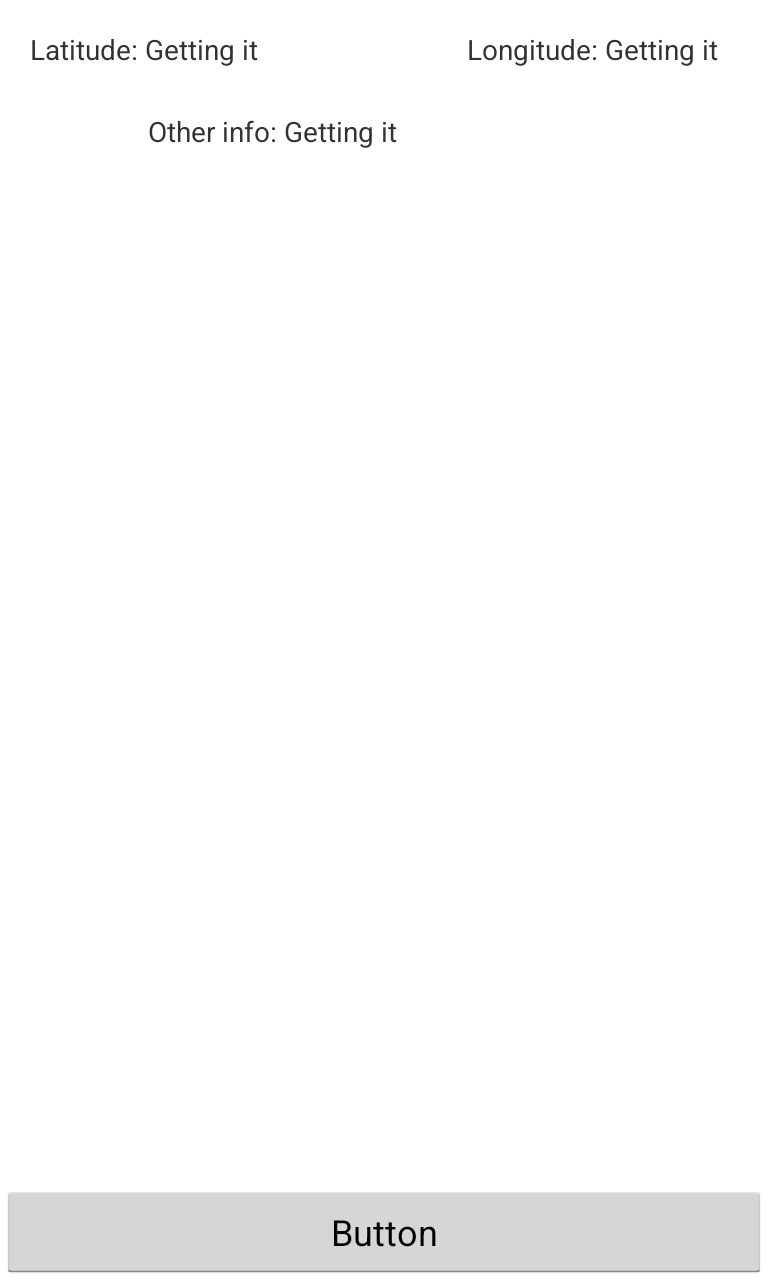
Repository: isitso/android_class
Layout: LocationGooglePlay/res/layout/main.xml
The author's editor kept a copy of each file at every save. The layout is drawn from the files as they stood at one save, then again after the next save.
It is drawn on a 768 x 1280 px phone screen (xhdpi) without system bars, with theme AppTheme; the app's code is not run.

Above is the layout before, as saved 2014-04-28 01:45:04.

### LocationGooglePlay/res/layout/main.xml
<?xml version="1.0" encoding="utf-8"?>
<RelativeLayout xmlns:android="http://schemas.android.com/apk/res/android"
    android:layout_width="match_parent"
    android:layout_height="match_parent"
    android:orientation="vertical" >

    <Button
        android:id="@+id/refresh"
        android:layout_width="match_parent"
        android:layout_height="wrap_content"
        android:layout_alignParentBottom="true"
        android:layout_alignParentLeft="true"
        android:text="Button" />

    <TextView
        android:id="@+id/info"
        android:layout_width="wrap_content"
        android:layout_height="wrap_content"
        android:layout_alignParentLeft="true"
        android:layout_below="@+id/latitudeView"
        android:layout_marginLeft="74dp"
        android:layout_marginTop="22dp"
        android:text="Other info: Getting it" />

    <TextView
        android:id="@+id/longitudeView"
        android:layout_width="wrap_content"
        android:layout_height="wrap_content"
        android:layout_above="@+id/info"
        android:layout_alignParentRight="true"
        android:layout_marginRight="25dp"
        android:text="Longitude: Getting it" />

    <TextView
        android:id="@+id/latitudeView"
        android:layout_width="wrap_content"
        android:layout_height="wrap_content"
        android:layout_alignParentLeft="true"
        android:layout_alignParentTop="true"
        android:layout_marginLeft="15dp"
        android:layout_marginTop="15dp"
        android:text="Latitude: Getting it" />

</RelativeLayout>

Loaded but not shown: LocationGooglePlay/res/values/styles.xml (common file); LocationGooglePlay/res/values-v11/styles.xml (common file); LocationGooglePlay/res/values-v14/styles.xml (common file)

After the next save:
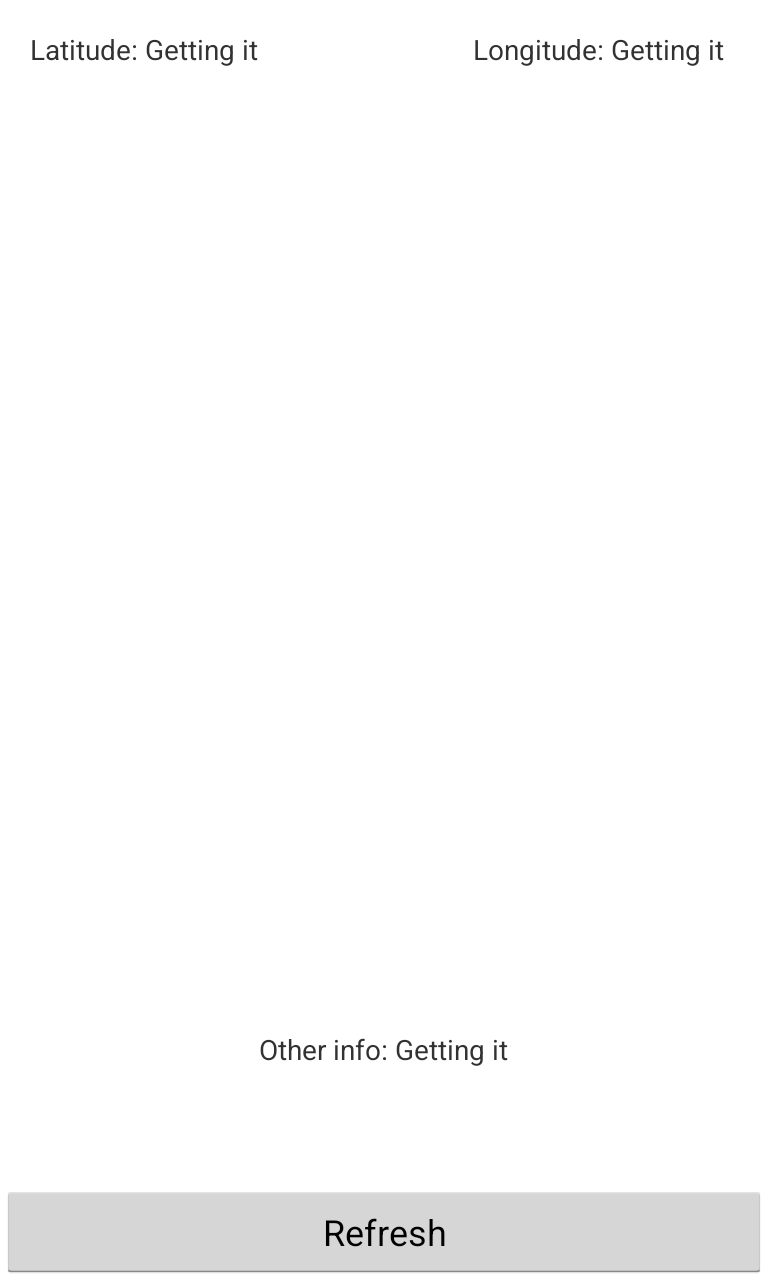
Saved 43 s later.
--- a/LocationGooglePlay/res/layout/main.xml
+++ b/LocationGooglePlay/res/layout/main.xml
@@ -10,26 +10,7 @@
         android:layout_height="wrap_content"
         android:layout_alignParentBottom="true"
         android:layout_alignParentLeft="true"
-        android:text="Button" />
-
-    <TextView
-        android:id="@+id/info"
-        android:layout_width="wrap_content"
-        android:layout_height="wrap_content"
-        android:layout_alignParentLeft="true"
-        android:layout_below="@+id/latitudeView"
-        android:layout_marginLeft="74dp"
-        android:layout_marginTop="22dp"
-        android:text="Other info: Getting it" />
-
-    <TextView
-        android:id="@+id/longitudeView"
-        android:layout_width="wrap_content"
-        android:layout_height="wrap_content"
-        android:layout_above="@+id/info"
-        android:layout_alignParentRight="true"
-        android:layout_marginRight="25dp"
-        android:text="Longitude: Getting it" />
+        android:text="Refresh" />
 
     <TextView
         android:id="@+id/latitudeView"
@@ -41,4 +22,23 @@
         android:layout_marginTop="15dp"
         android:text="Latitude: Getting it" />
 
+    <TextView
+        android:id="@+id/info"
+        android:layout_width="wrap_content"
+        android:layout_height="wrap_content"
+        android:layout_above="@+id/refresh"
+        android:layout_centerHorizontal="true"
+        android:layout_marginBottom="58dp"
+        android:text="Other info: Getting it" />
+
+    <TextView
+        android:id="@+id/longitudeView"
+        android:layout_width="wrap_content"
+        android:layout_height="wrap_content"
+        android:layout_alignBaseline="@+id/latitudeView"
+        android:layout_alignBottom="@+id/latitudeView"
+        android:layout_alignParentRight="true"
+        android:layout_marginRight="22dp"
+        android:text="Longitude: Getting it" />
+
 </RelativeLayout>
